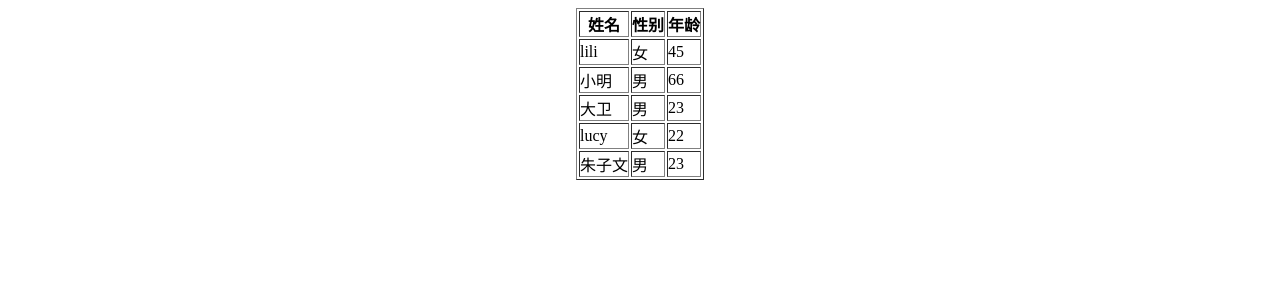
Repository: zhengdeya/web-based
Page: 07-table表格.html
The author's editor kept a copy of each file at every save. The page is drawn from the files as they stood at one save, then again after the next save.
The browser window is 1280 px wide. The pictures show the whole page.

Above is the page before, as saved 2021-03-24 21:16:18.

After the next save:
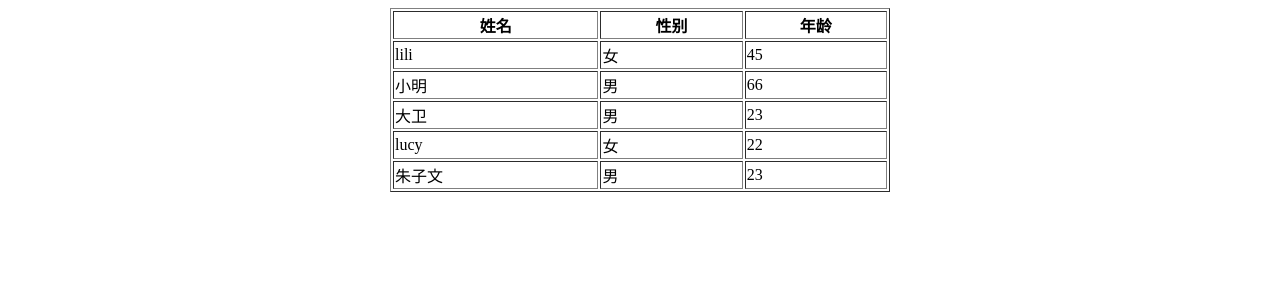
Saved 46 s later.
--- a/07-table表格.html
+++ b/07-table表格.html
@@ -7,7 +7,7 @@
     <title>表格</title>
 </head>
 <body>
-    <table align="center" border="1" cellpadding="0">
+    <table align="center" border="1" width="500px">
         <!-- tr 标签标识一行 td 表示一列 -->
         <!-- th 表头 加粗居中 -->
         <tr><th>姓名</th><th>性别</th><th>年龄</th></tr>
